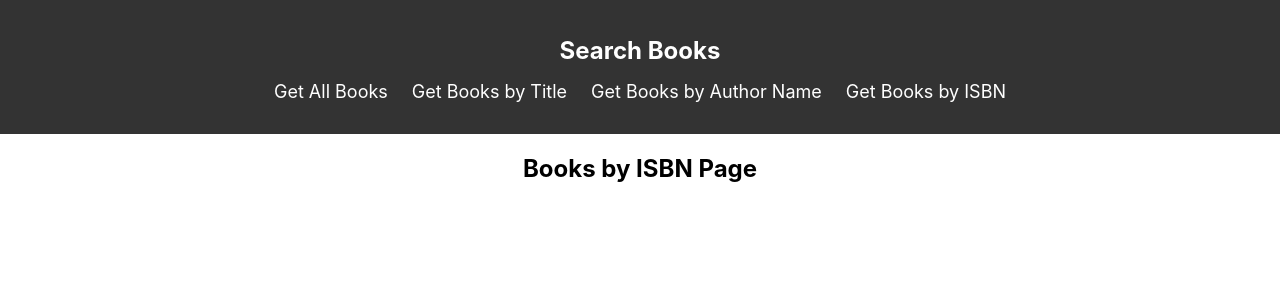
Repository: adityashirsath2003/myapp
Page: /getbyisbn (app in FrontEnd/frontend/)
The author's editor kept a copy of each file at every save. The page is drawn from the files as they stood at one save, then again after the next save.
The browser window is 1280 px wide. The pictures show the whole page.
The project was rebuilt for these pictures with package versions that can differ from the ones it lists, and the page was loaded fresh each time. A package was used in the major version that the imports need, not the one package.json lists.

Above is the page before, as saved 2024-10-24 12:14:43.

### FrontEnd/frontend/src/App.js
import React from 'react';
import './App.css';
import { Navbar } from './Navbar';
import { BrowserRouter as Router, Route, Switch } from 'react-router-dom';

// Dummy components for each route
function GetAllBooks() {
  return <h2>All Books Page</h2>;
}

function GetBooksByTitle() {
  return <h2>Books by Title Page</h2>;
}

function GetBooksByAuthor() {
  return <h2>Books by Author Page</h2>;
}

function GetBooksByISBN() {
  return <h2>Books by ISBN Page</h2>;
}

function App() {
  return (
    <Router>
      <div className="App">
        <Navbar />
        <Switch>
          <Route path="/getallbooks" component={GetAllBooks} />
          <Route path="/getbytitle" component={GetBooksByTitle} />
          <Route path="/getbyname" component={GetBooksByAuthor} />
          <Route path="/getbyisbn" component={GetBooksByISBN} />
        </Switch>
      </div>
    </Router>
  );
}

export default App;

### FrontEnd/frontend/src/Navbar.js
import React from 'react';
import { Link } from 'react-router-dom';

export function Navbar() {
    const navStyle = {
        backgroundColor: '#333',
        padding: '1rem',
        textAlign: 'center',
    };

    const headingStyle = {
        color: '#fff',
        marginBottom: '1rem',
    };

    const ulStyle = {
        listStyleType: 'none',
        padding: '0',
        display: 'flex',
        justifyContent: 'center',
        gap: '1.5rem',
    };

    const linkStyle = {
        color: '#fff',
        textDecoration: 'none',
        fontSize: '18px',
    };

    const linkHoverStyle = {
        color: '#ffeb3b',
    };

    return (
        <nav style={navStyle}>
            <h1 style={headingStyle}>Search Books</h1>
            <ul style={ulStyle}>
                <li><Link to="/getallbooks" style={linkStyle}>Get All Books</Link></li>
                <li><Link to="/getbytitle" style={linkStyle}>Get Books by Title</Link></li>
                <li><Link to="/getbyname" style={linkStyle}>Get Books by Author Name</Link></li>
                <li><Link to="/getbyisbn" style={linkStyle}>Get Books by ISBN</Link></li>
            </ul>
        </nav>
    );
}

Loaded but not shown: FrontEnd/frontend/public/index.html (common file); FrontEnd/frontend/src/index.js (common file); FrontEnd/frontend/src/index.css (common file); FrontEnd/frontend/src/reportWebVitals.js (common file); FrontEnd/frontend/src/App.css (common file)

After the next save:
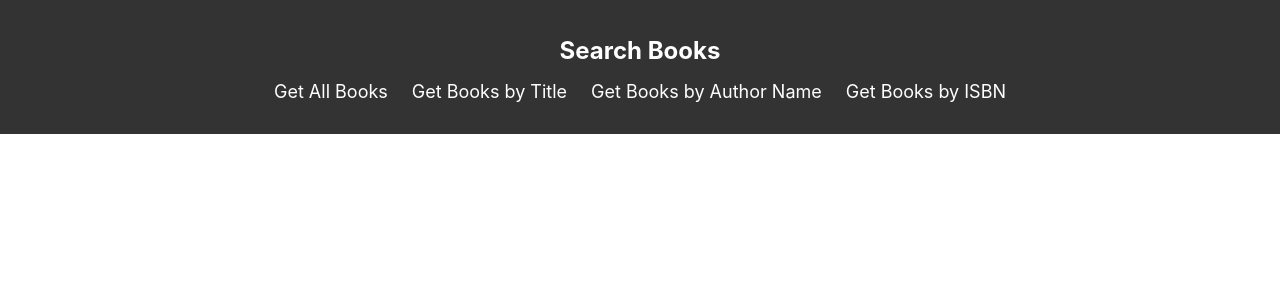
Saved 68 s later.
--- a/FrontEnd/frontend/src/App.js
+++ b/FrontEnd/frontend/src/App.js
@@ -1,7 +1,7 @@
 import React from 'react';
 import './App.css';
 import { Navbar } from './Navbar';
-import { BrowserRouter as Router, Route, Switch } from 'react-router-dom';
+import { BrowserRouter as Router, Route, Routes } from 'react-router-dom';
 
 // Dummy components for each route
 function GetAllBooks() {
@@ -25,12 +25,12 @@ function App() {
     <Router>
       <div className="App">
         <Navbar />
-        <Switch>
+        <Routes>
           <Route path="/getallbooks" component={GetAllBooks} />
           <Route path="/getbytitle" component={GetBooksByTitle} />
           <Route path="/getbyname" component={GetBooksByAuthor} />
           <Route path="/getbyisbn" component={GetBooksByISBN} />
-        </Switch>
+        </Routes>
       </div>
     </Router>
   );
